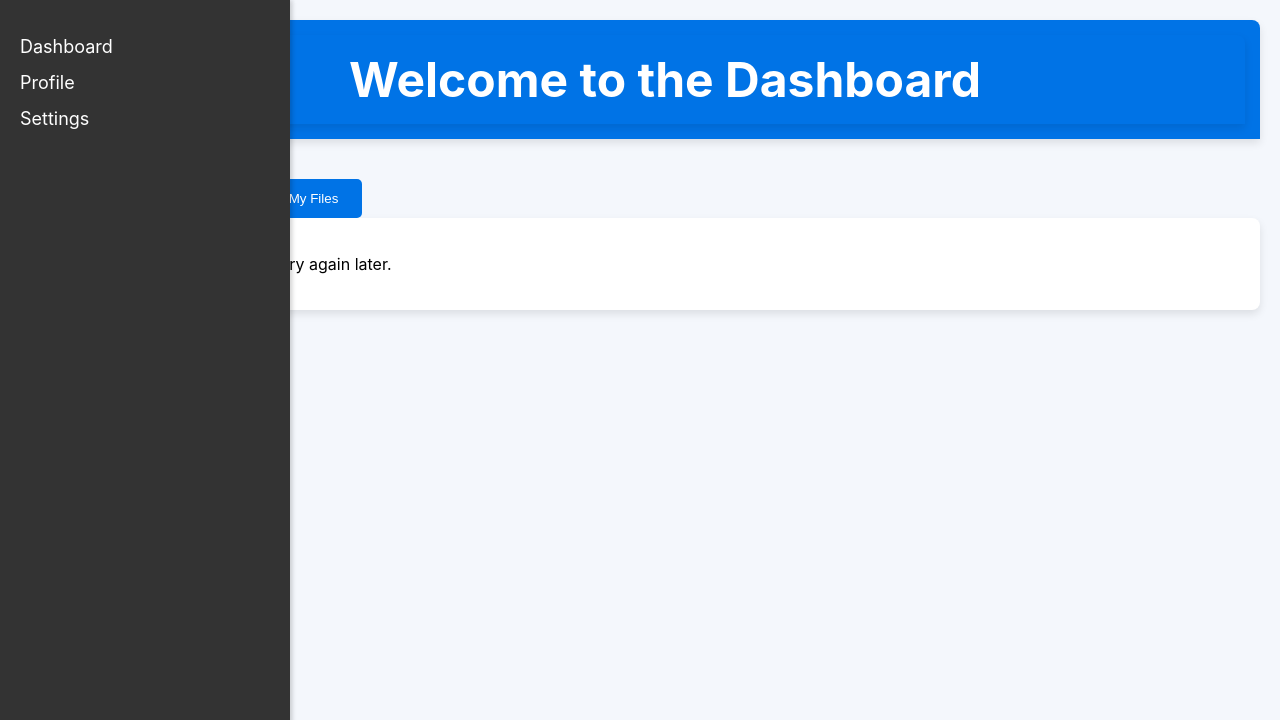
Repository: JaafarRezk/FrontEnd-InternetApplications
Page: /dashboard
These files come from the project's save history. The page is drawn as it stood at one moment and after the next save; the edit follows.
The browser window is 1280 px wide. The pictures show the whole page.
The project was rebuilt for these pictures with package versions that can differ from the ones it lists, and the page was loaded fresh each time. Also part of the build but not shown: src/styles/Home.module.css, src/components/Home.js, src/styles/Auth.module.css, src/components/Auth/Login.js, src/components/Auth/Register.js.

Above is the page before, as saved 2024-11-09 16:47:31.

After the next save:
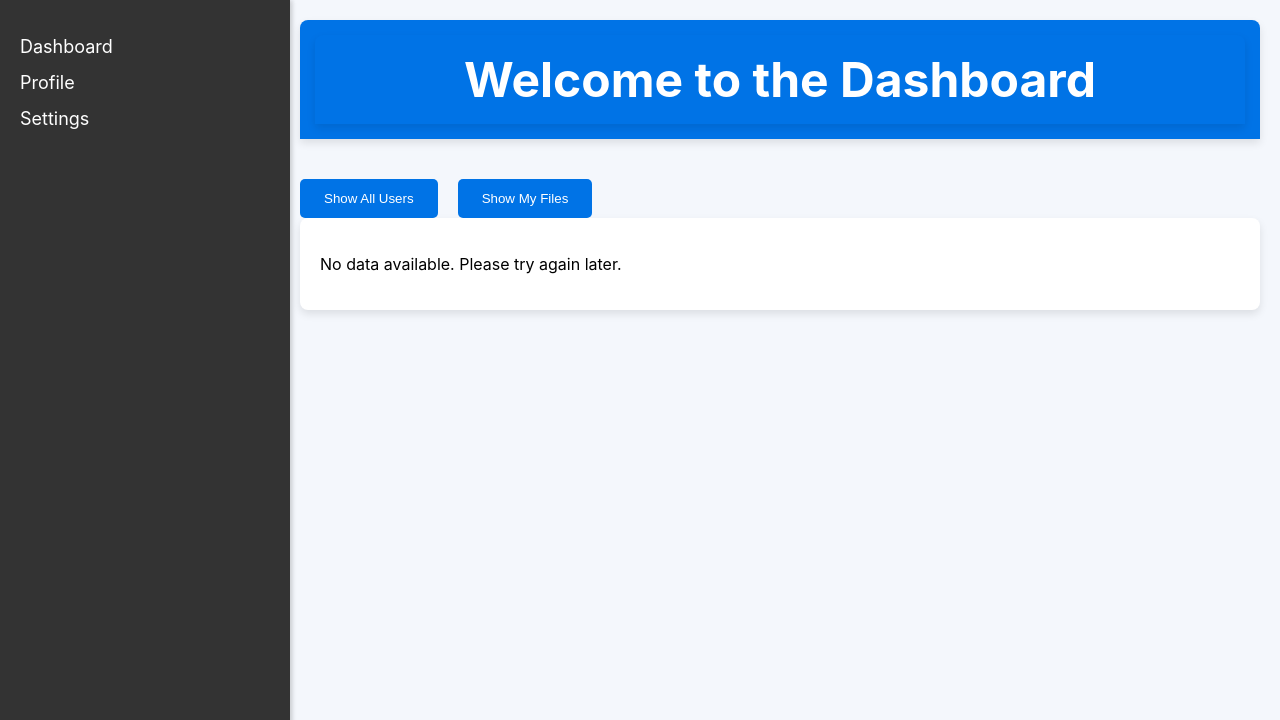
Saved 4 s later.
--- a/src/styles/Dashboard.module.css
+++ b/src/styles/Dashboard.module.css
@@ -7,7 +7,7 @@
 
   .mainContent {
     flex: 1;
-    margin-left: 50px; /* Space for Sidebar */
+    margin-left: 280px; /* Space for Sidebar */
     padding: 20px;
   }
 
